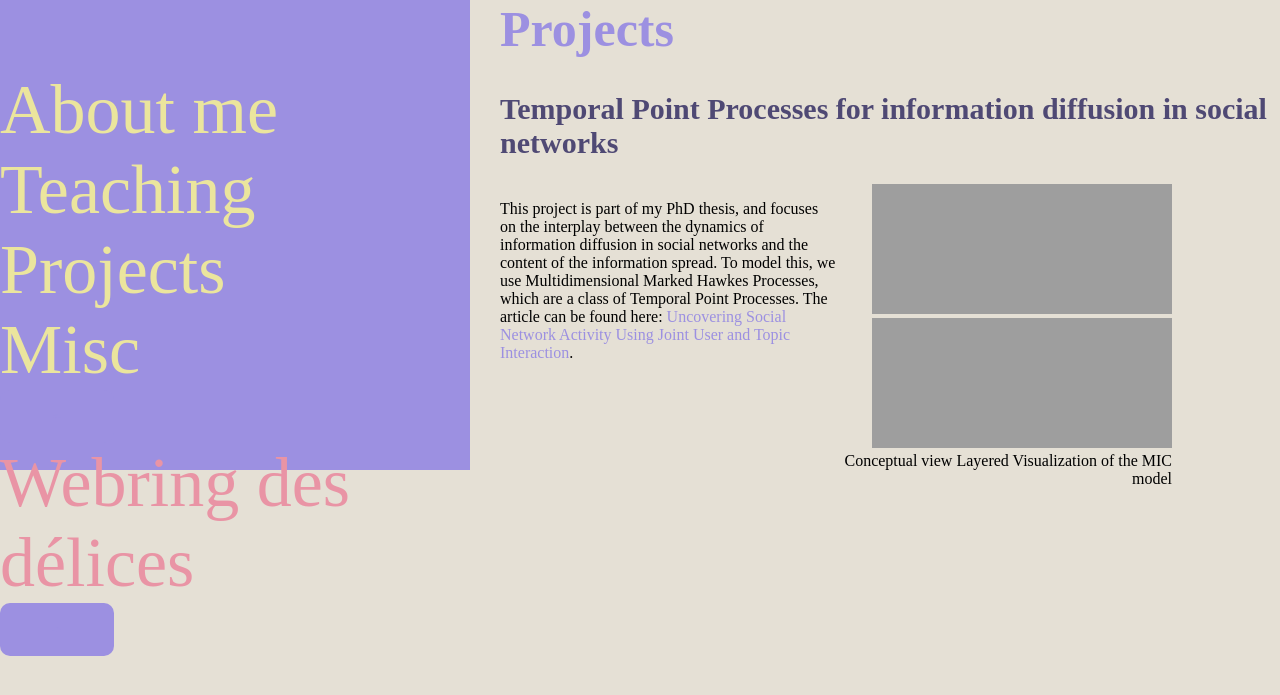
Repository: gaetanserre/gas-abel.github.io
Page: .vscode/gas-abel.github.io/projects.html
The author's editor kept a copy of each file at every save. The page is drawn from the files as they stood at one save, then again after the next save.
The browser window is 1280 px wide. The pictures show the whole page.
Pictures or frames that could not be fetched are drawn as grey boxes. Some web fonts or font styles are not loaded; a fallback is used.

Above is the page before, as saved 2025-06-29 19:33:26.

### .vscode/gas-abel.github.io/projects.html
<!DOCTYPE html>


<html>
    <head>
        <link rel="stylesheet" href="style.css">
        <title>Gaspard Abel's webpage</title>
        <script src="https://ajax.googleapis.com/ajax/libs/jquery/3.6.3/jquery.min.js"></script>
        <script>
          $(document).ready(function() {
              $("#nav-placeholder").load("navbar.html")
          })
        </script>
    </head>
    <body>
        <div id="nav-placeholder"></div>
        <h1>Projects</h1>
        <h2>Temporal Point Processes for information diffusion in social networks</h2>
        <div id="wid">
            <div style="display: flex; align-items: left;">
                <div style="flex: 1;">
                    <p>
                        This project is part of my PhD thesis, and focuses on the interplay between the dynamics of information diffusion in social networks and the content of the information spread. To model this, we use Multidimensional Marked Hawkes Processes, which are a class of Temporal Point Processes. The article can be found here: <a href="https://arxiv.org/abs/2506.12842"> Uncovering Social Network Activity Using Joint User and Topic Interaction</a>.
                    </p>
                </div>
                <div style="flex: 1; text-align: right;">
                    <figure style="display: inline-block; margin: 0;">
                        <img src="/images/conceptual_view.png" alt="Conceptual view of the model" width="300" height="130">
                        <img src="/images/MIC_layer.png" alt="Layered Visualization of the MIC model" width="300" height="130">
                        <figcaption >Conceptual view Layered Visualization of the MIC model </figcaption>
                    </figure>
                </div>

            </div>

        </body>
</html>

### .vscode/gas-abel.github.io/style.css

@font-face {
    font-family: DaddyTime;
    src: url("DaddyTimeMonoNerdFontMono-Regular.ttf");
  }

  @font-face {
    font-family: bodyFont;
    src: url("RecMonoLinearNerdFontPropo-Regular.ttf");
  }

  body{
    font-family: bodyFont;
  }

/* @font-face {
    font-family: "DaddyTime";
    font-style: normal;
    font-weight: normal;
    src: local("DaddyTime Mono Nerd Font Mono-Regular"), url("DaddyTimeMonoNerdFontMono-Regular.ttf") format("ttf");
  } */


#borderimg {
  border: 10px solid transparent;
  padding: 15px;
  border-image: url(border.png) 30 round;
}

/*_____________ divs _____________*/
:root{
    --bg-color: #9c90e1;
    --h1-bg-color: #9c90e1;
    --h2-bg-color: #4f4974;
    --full-bg-color: rgb(229, 224, 213);
    --link-color: #f3ed96e7;
}

h1{
    margin-top:0px;
    color: var(--h1-bg-color);
    font-size: 50px;
}

h2{
    margin-top:0px;
    color: var(--h2-bg-color);
    font-size: 30px;
}

#wid {
    margin-right: 100px;
    margin-left: 30px;

}

#wrapper {
  display: flex;
}

#left {
  flex: 0 0 85%;
}

#right {
  flex: 1;
}


.navbar a {
    color: var(--link-color);
    text-decoration: none;
  }
.navbar a:hover {
    background-color: var(--link-color);
    color:var(--bg-color);
  }

a {
    color: var(--bg-color);
    text-decoration: none;
  }
  a:hover {
    background-color: var(--link-color);
    color:var(--bg-color);
  }

.navbar webring {
    margin-top: 0px;
    margin-left: 0px;
    width: 20%;
    height: 10%;
    display: flex;
    justify-content: center;
    align-items: center;
    font-family: DaddyTime;
    font-size: 10px;
    color: var(--bg-color);
    background-color: var(--h1-bg-color);
    border-radius: 10px;
    padding: 10px;
}

body{
    margin-top:0px;
    margin-left:0px;
    background-color: var(--full-bg-color);
    }

.navbar{
    float: left;
    width: 470px;
    height: 470px;
    display: flex;
    justify-content: center;
    color: rgb(233, 148, 165);
    background-color: var(--bg-color);
    margin-top: 0px;
    margin-left: 0px;
    margin-right: 30px;
    font-size: 70px;
    font-family: bodyFont;
}

### .vscode/gas-abel.github.io/navbar.html


<div class="navbar">
    <p>
        <a href = "index.html">  About me </a> <br>
        <a href = "teaching.html"> Teaching </a> <br>
        <a href = "projects.html"> Projects </a> <br>
        <a href = "misc.html"> Misc </a> <br>
        <webring href="https://debauss.art/"> <-</webring> Webring des délices <webring href="https://www.gaetanserre.fr/"> -></webring>
        </p>
    </div>

<!--    -->

After the next save:
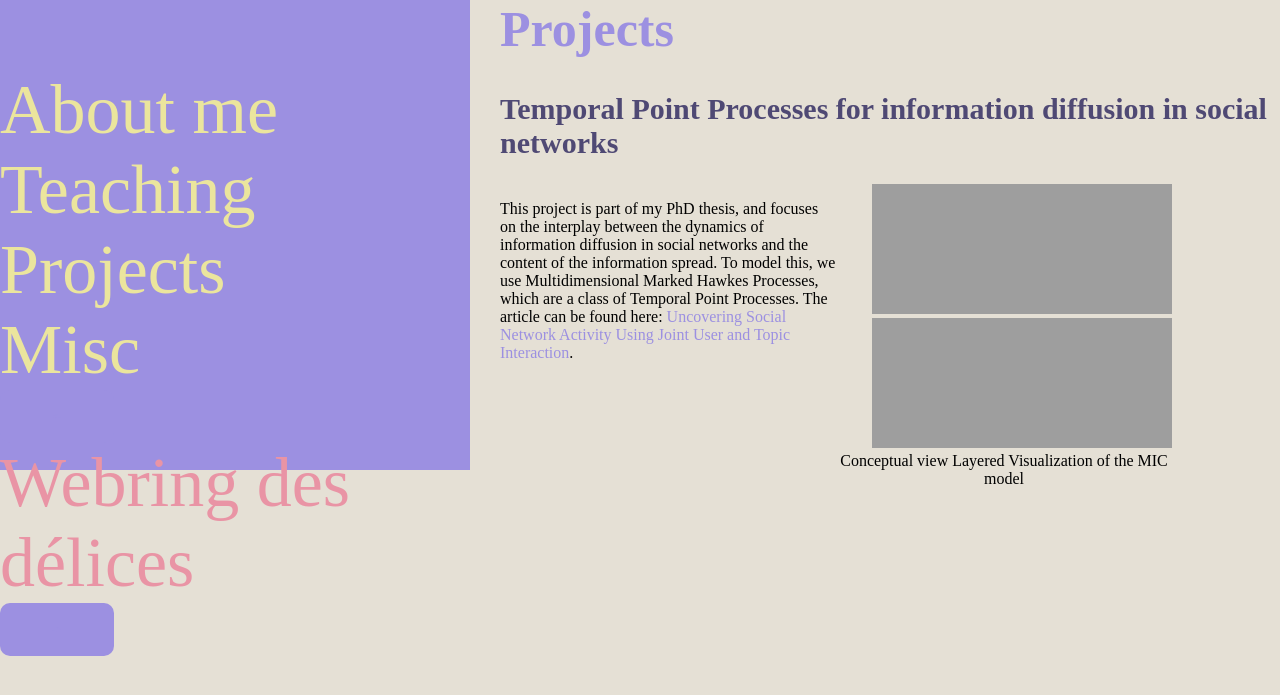
Saved 98 s later.
--- a/.vscode/gas-abel.github.io/style.css
+++ b/.vscode/gas-abel.github.io/style.css
@@ -46,6 +46,11 @@ h2{
     margin-top:0px;
     color: var(--h2-bg-color);
     font-size: 30px;
+}
+
+
+figcaption {
+  text-align: center;
 }
 
 #wid {
